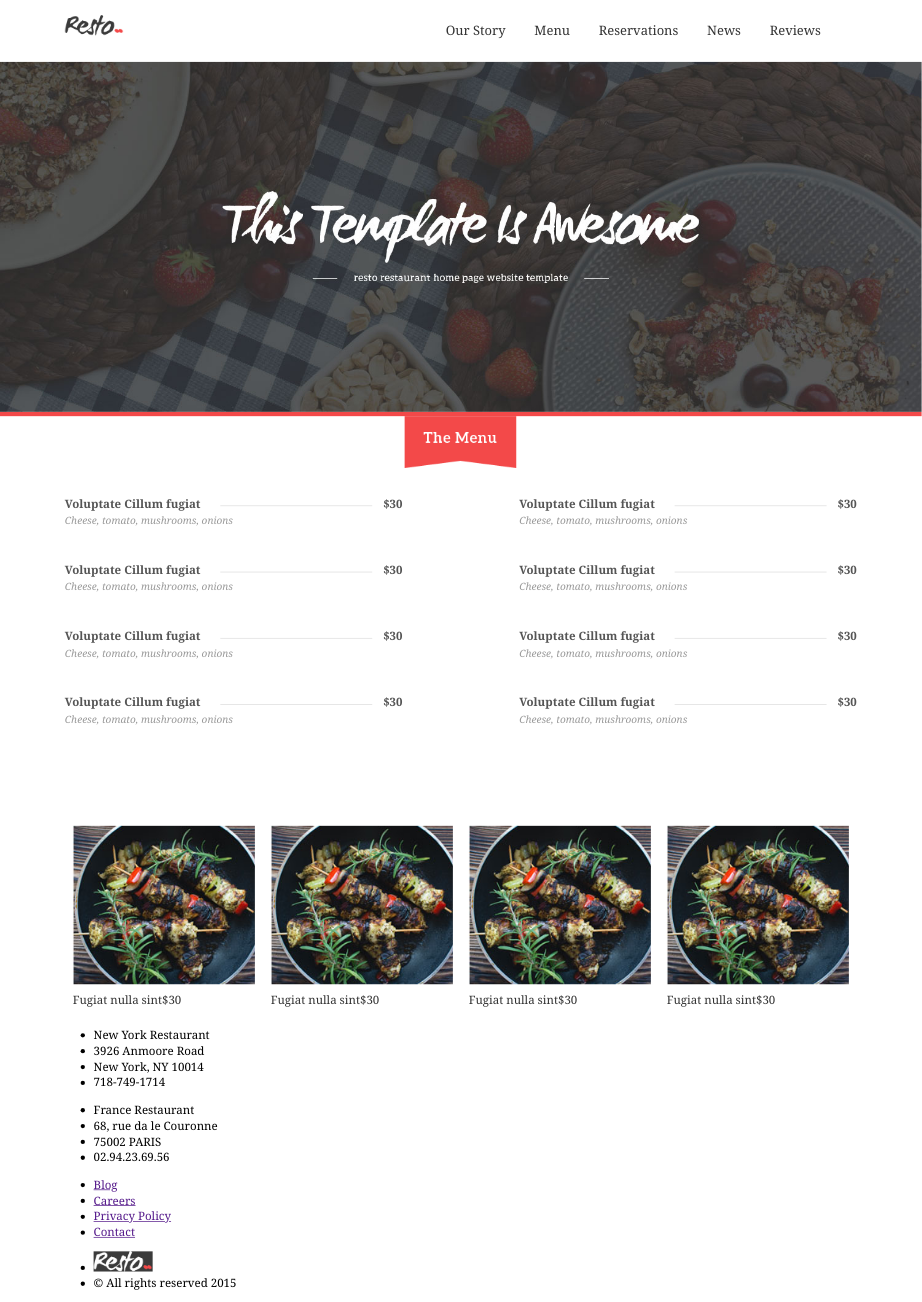
Repository: Piterwk1/psd-to-wordpress
Page: index.html
These files come from the project's save history. The page is drawn as it stood at one moment and after the next save; the edit follows.
The browser window is 1280 px wide. The pictures show the whole page, at 72% of full size.

Above is the page before, as saved 2021-09-23 03:59:23.

### index.html
<html lang="en">

<head>
    <meta charset="UTF-8">
    <meta http-equiv="X-UA-Compatible" content="IE=edge">
    <meta name="viewport" content="width=device-width, initial-scale=1.0">
    <title>Resto</title>
    <link rel="stylesheet" href="style.css">
</head>

<body>

    <header>
        <div class="wrapper" id="headerWrapper">
            <h1 class="logo">Rest</h1>
            <nav>
                <h2>Main Navigation</h2>
                <ul>
                    <li><a href="">Our Story</a></li>
                    <li><a href="">Menu</a></li>
                    <li><a href="">Reservations</a></li>
                    <li><a href="">News</a></li>
                    <li><a href="">Reviews</a></li>
                </ul>
            </nav>
        </div>
    </header>

    <!-- start homepage content -->

    <div id="main-banner">
        <img src="images/banner.jpg" alt="Welcome to Resto">
    </div>

    <div class="wrapper">
        <section id="home-menu">
            <h2>Menu</h2>
            <ul>
                <li>
                    <span class="dish">Voluptate Cillum fugiat</span>
                    <span class="price">$30</span>
                    <span class="description">Cheese, tomato, mushrooms, onions</span>
                </li>
                <li>
                    <span class="dish">Voluptate Cillum fugiat</span>
                    <span class="price">$30</span>
                    <span class="description">Cheese, tomato, mushrooms, onions</span>
                </li>
                <li>
                    <span class="dish">Voluptate Cillum fugiat</span>
                    <span class="price">$30</span>
                    <span class="description">Cheese, tomato, mushrooms, onions</span>
                </li>
                <li>
                    <span class="dish">Voluptate Cillum fugiat</span>
                    <span class="price">$30</span>
                    <span class="description">Cheese, tomato, mushrooms, onions</span>
                </li>
                <li>
                    <span class="dish">Voluptate Cillum fugiat</span>
                    <span class="price">$30</span>
                    <span class="description">Cheese, tomato, mushrooms, onions</span>
                </li>
                <li>
                    <span class="dish">Voluptate Cillum fugiat</span>
                    <span class="price">$30</span>
                    <span class="description">Cheese, tomato, mushrooms, onions</span>
                </li>
                <li>
                    <span class="dish">Voluptate Cillum fugiat</span>
                    <span class="price">$30</span>
                    <span class="description">Cheese, tomato, mushrooms, onions</span>
                </li>
                <li>
                    <span class="dish">Voluptate Cillum fugiat</span>
                    <span class="price">$30</span>
                    <span class="description">Cheese, tomato, mushrooms, onions</span>
                </li>
            </ul>
        </section>

        <section id="featured">
            <ul>
                <li>
                    <img src="images/thumb-1.jpg">
                    <a href="">Fugiat nulla sint</a>
                    <span>$30</span>
                    <span class="rating"></span>
                </li>
                <li>
                    <img src="images/thumb-1.jpg">
                    <a href="">Fugiat nulla sint</a>
                    <span>$30</span>
                    <span class="rating"></span>
                </li>
                <li>
                    <img src="images/thumb-1.jpg">
                    <a href="">Fugiat nulla sint</a>
                    <span>$30</span>
                    <span class="rating"></span>
                </li>
                <li>
                    <img src="images/thumb-1.jpg">
                    <a href="">Fugiat nulla sint</a>
                    <span>$30</span>
                    <span class="rating"></span>
                </li>
            </ul>
        </section>
    </div>

    <!-- end homepage content -->

    <footer>
        <div class="wrapper">
            <ul>
                <li>New York Restaurant</li>
                <li>3926 Anmoore Road</li>
                <li>New York, NY 10014</li>
                <li>718-749-1714</li>
            </ul>
            <ul>
                <li>France Restaurant</li>
                <li>68, rue da le Couronne</li>
                <li>75002 PARIS</li>
                <li>02.94.23.69.56</li>
            </ul>
            <ul>
                <li><a href="">Blog</a></li>
                <li><a href="">Careers</a></li>
                <li><a href="">Privacy Policy</a></li>
                <li><a href="">Contact</a></li>
            </ul>
            <ul>
                <li><img src="images/white-logo.png" alt="logo"></li>
                <li>&copy; All rights reserved 2015</li>

            </ul>
        </div>
    </footer>
</body>

</html>

### style.css
body {
    font-family: Georgia, 'Times New Roman', Times, serif;
    margin: 0;
}

.wrapper {
    width: 100%;
    /* max-width: 960px; */
    max-width: 1100px;
    padding: 0 10px;
    margin:  0 auto;
}

h1.logo {
    background-image: url(images/logo.png);
    background-repeat: no-repeat;
    width: 100px;
    text-indent: -10000px;
}

#headerWrapper {
    display: flex;
    justify-content: space-between;
    width: 100%;
}

nav {

  margin-right: 10px;

}

#headerWrapper nav h2 {
    text-indent: -100000px;
    height: 0;
    margin: 0;
}

#headerWrapper nav ul {
   display: flex;
   justify-content: space-evenly;
   list-style-type:  none;
   margin: 10px 20px;
}
#headerWrapper nav li {

   margin: 20px 20px;
}
#headerWrapper nav li a{
   text-decoration: none;
   color: #333;
   font-size: 18px;
}
#headerWrapper nav li a:hover{
   color: blue;
}

#main-banner, #main-banner img{
    width: 100%;
}

#main-banner img {
    border-bottom: 6px solid #f34949;
}

#home-menu h2 {
    background-image: url(images/menu-head.png);
    background-repeat: no-repeat;
    width: 156px;
    height: 74px;
    text-indent: -10000px;
    margin: 0 auto;
}

#home-menu ul {
    display: flex;
    flex-wrap: wrap;
    justify-content: space-between;
   padding: 0;
   list-style: none;
}
#home-menu li {
    display: flex;
    flex-wrap: wrap;
   margin: 20px 0 20px 0;
   justify-content: space-between;
}

.dish{
    position: relative;
    z-index: 1;
    background: #fff;
    padding-right: 5px;
    width: 45%;
    color: #555;
    font-weight: bold;
}

.price {
    position: relative;
    z-index: 1;
    background: #fff;
    padding-left: 15px;
    color: #555;
    font-weight: bold;
}

.description {
    width: 100%;
    color: #999;
    font-style: italic;
    font-size: 14px;
    padding-top: 10px;
    border-top: 1px solid #ddd;
    position: relative;
    top: -8px;
}

#featured {
    margin-top: 100px;
}
#featured ul {
    display: flex;
    justify-content: space-evenly;
    padding: 0;
}

#featured li {
    display: flex;
    flex-wrap: wrap;
    list-style: none;
    margin: 1%;
}

#featured li img{
    width: 100%;
    margin-bottom: 10px;
}

#featured li a{
    color: #333;
    text-decoration: none;
}

#featured li span{
    color: #333;
    margin: 0 0  auto;
}

After the next save:
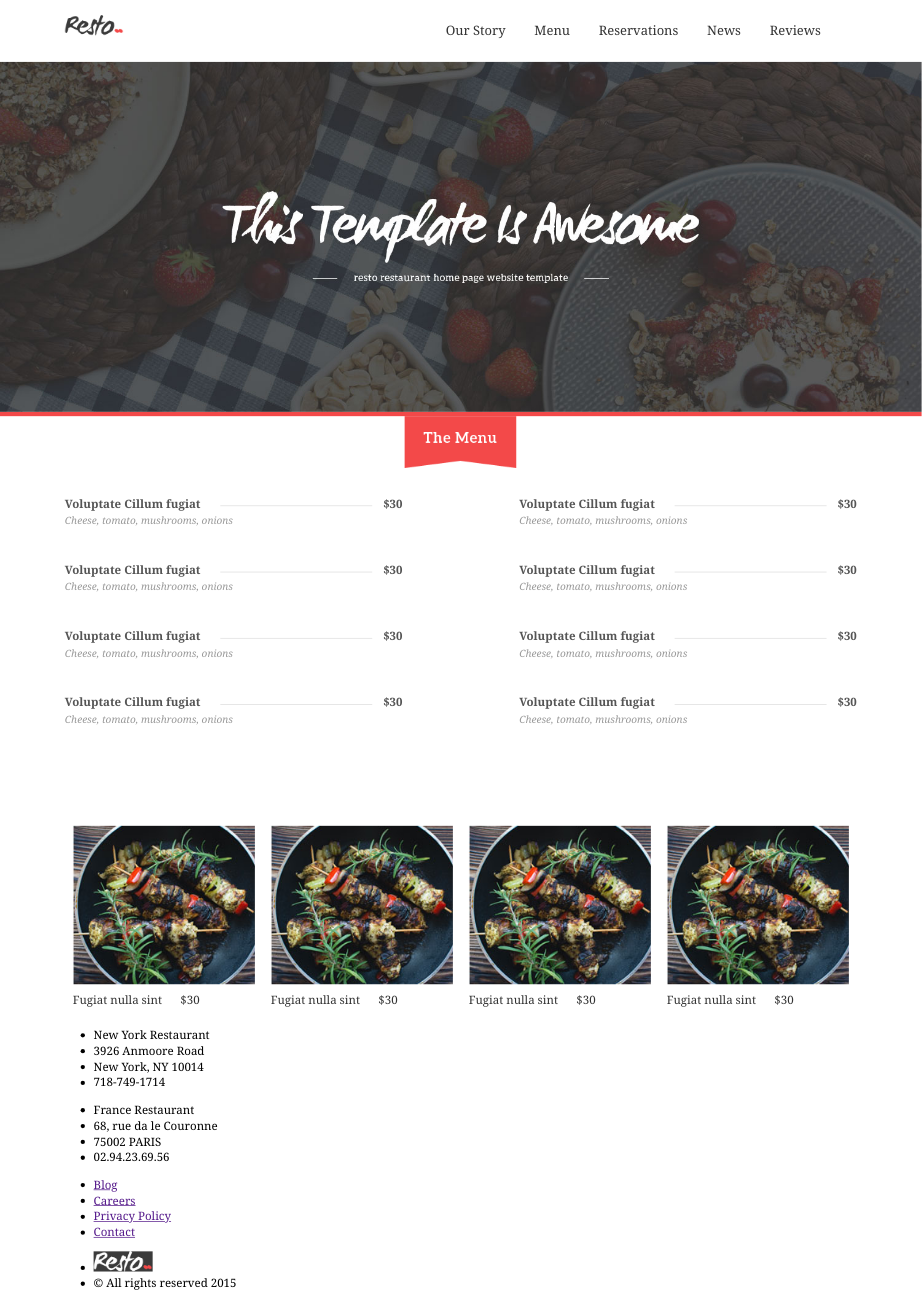
Saved 6 s later.
--- a/style.css
+++ b/style.css
@@ -144,5 +144,5 @@
 
 #featured li span{
     color: #333;
-    margin: 0 0  auto;
+    margin: 0  auto;
 }

After the save that followed:
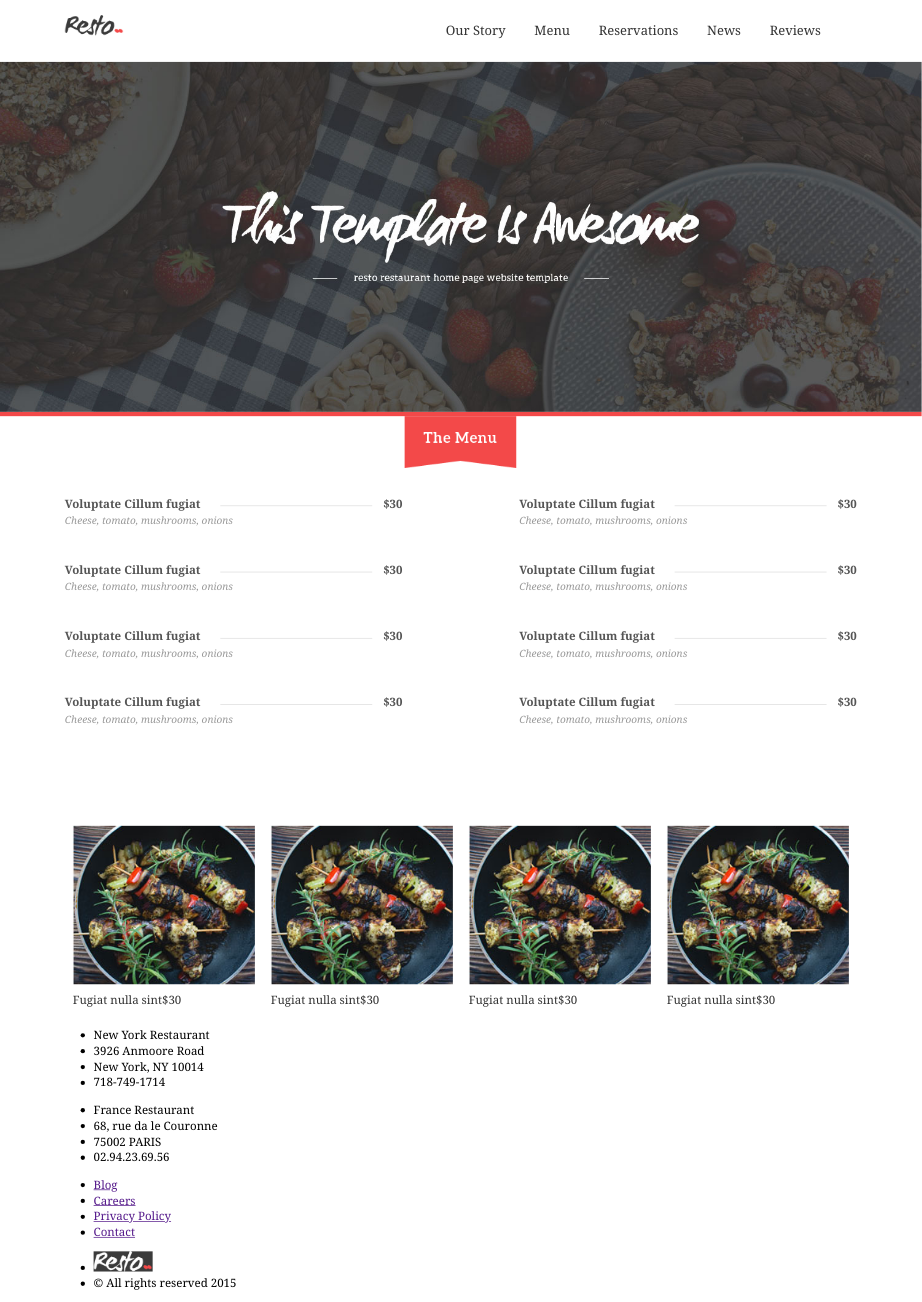
Saved 117 s later.
--- a/style.css
+++ b/style.css
@@ -144,5 +144,5 @@
 
 #featured li span{
     color: #333;
-    margin: 0  auto;
+    margin: 0 auto 0 0;
 }
